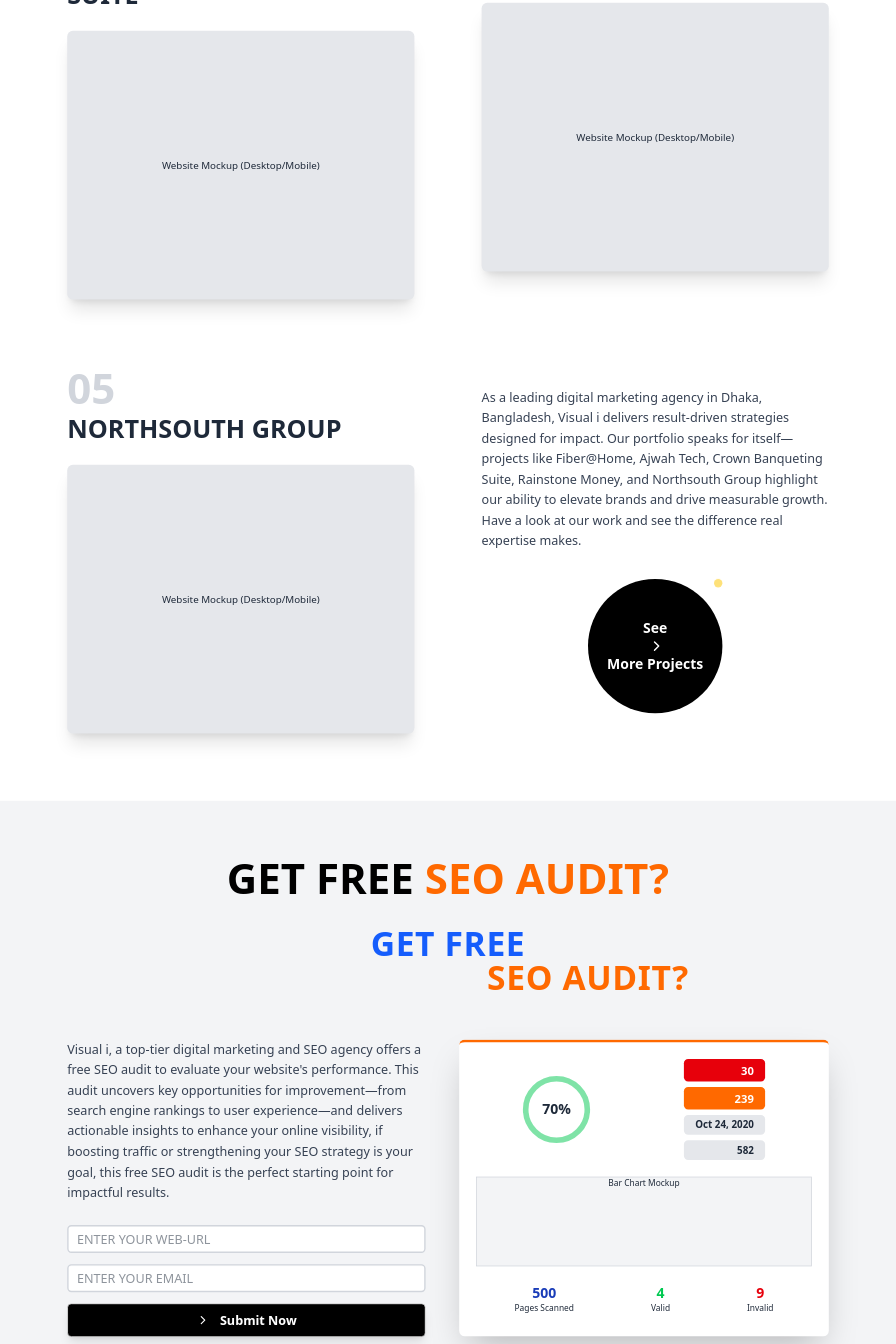
Repository: mdmuhibullahhabib/weboria
Page: /
These files come from the project's save history. The page is drawn as it stood at one moment and after a run of saves; the edit follows.
The browser window is 1280 px wide. The pictures show the part of the page from y = 4580 to 6500 px (the page is 9358 px tall before and 9382 px after), at 70% of full size.
The project was rebuilt for these pictures with package versions that can differ from the ones it lists, and the page was loaded fresh each time. Some packages were replaced by stand-ins written for this rebuild. The framework's server and built-in components were replaced by stand-ins that run in the browser. Also part of the build but not shown: next.config.mjs.

Above is the page before, as saved 2025-10-03 11:31:09.

### src/app/layout.js
import { Geist, Geist_Mono } from "next/font/google";
import "./globals.css";
import Navbar from "@/components/Navbar";
import Footer from "@/components/Footer";
import { Toaster } from "react-hot-toast";

const geistSans = Geist({
  variable: "--font-geist-sans",
  subsets: ["latin"],
});

const geistMono = Geist_Mono({
  variable: "--font-geist-mono",
  subsets: ["latin"],
});

export const metadata = {
  title: "Weboria",
  description: "Digital Marketing Agency",
  icons: "/favicon.ico",
};

export default function RootLayout({ children }) {
  return (
    <html lang="en">
      <body
        className={`${geistSans.variable} ${geistMono.variable} antialiased`}
      >

        <Navbar />
        <Toaster />
        {children}
        <Footer />
      </body>
    </html>
  );
}

### src/components/Navbar.jsx
"use client";
import { useState } from "react";
import Link from "next/link";
import { usePathname } from "next/navigation";
import { Menu, X } from "lucide-react";

export default function Navbar() {
  const [isOpen, setIsOpen] = useState(false);
  const pathname = usePathname();

  const navigation = [
    { name: "Home", href: "/" },
    { name: "About", href: "/about" },
    { name: "Services", href: "/services" },
    { name: "Portfolio", href: "/portfolio" },
    { name: "Contact", href: "/contact" },
  ];

  const isActive = (href) => {
    if (href === "/" && pathname === "/") return true;
    if (href !== "/" && pathname.startsWith(href)) return true;
    return false;
  };

  return (
    <nav className="sticky top-0 z-50 bg-base-100/95 backdrop-blur-md border-b shadow-sm">
      <div className="max-w-7xl mx-auto px-4 sm:px-6 lg:px-8">
        <div className="flex justify-between items-center h-16">
          {/* Logo */}
          <Link href="/" data-testid="link-home">
            <h1 className="text-2xl font-bold text-primary">Weboria</h1>
          </Link>

          {/* Desktop Navigation */}
          <div className="hidden md:flex space-x-4 items-center">
            {navigation.map((item) => (
              <Link key={item.name} href={item.href} data-testid={`link-${item.name.toLowerCase()}`}>
                <span
                  className={`px-3 py-2 rounded-md text-sm font-medium transition-colors ${
                    isActive(item.href)
                      ? "bg-primary text-primary-content"
                      : "text-base-content hover:text-primary"
                  }`}
                >
                  {item.name}
                </span>
              </Link>
            ))}

            {/* CTA Button */}
            <Link href="/contact">
              <button className="btn btn-sm btn-primary ml-4">Get Started</button>
            </Link>
          </div>

          {/* Mobile menu button */}
          <div className="md:hidden">
            <button
              className="btn btn-ghost btn-square"
              onClick={() => setIsOpen(!isOpen)}
              data-testid="button-mobile-menu"
            >
              {isOpen ? <X className="w-6 h-6" /> : <Menu className="w-6 h-6" />}
            </button>
          </div>
        </div>

        {/* Mobile Navigation */}
        {isOpen && (
          <div className="md:hidden mt-2 border-t">
            <div className="flex flex-col space-y-1 px-2 py-3">
              {navigation.map((item) => (
                <Link key={item.name} href={item.href} data-testid={`link-mobile-${item.name.toLowerCase()}`}>
                  <span
                    className={`block px-3 py-2 rounded-md text-base font-medium transition-colors ${
                      isActive(item.href)
                        ? "bg-primary text-primary-content"
                        : "text-base-content hover:text-primary"
                    }`}
                    onClick={() => setIsOpen(false)}
                  >
                    {item.name}
                  </span>
                </Link>
              ))}

              {/* Mobile CTA Button */}
              <Link href="/contact">
                <button
                  className="btn btn-primary w-full mt-2"
                  data-testid="button-mobile-get-started"
                  onClick={() => setIsOpen(false)}
                >
                  Get Started
                </button>
              </Link>
            </div>
          </div>
        )}
      </div>
    </nav>
  );
}

### src/components/Footer.jsx
"use client";

import Link from "next/link";
import {
  Facebook,
  Twitter,
  Linkedin,
  Instagram,
  Mail,
  Phone,
  MapPin,
} from "lucide-react";

export default function Footer() {
  // ✅ CTA function in plain JS
  const handleNewsletterSubmit = (e) => {
    e.preventDefault();
    const formData = new FormData(e.target);
    const email = formData.get("email");
    console.log("Newsletter signup:", email);
    e.target.reset();
  };

  const quickLinks = [
    { name: "Home", href: "/" },
    { name: "About", href: "/about" },
    { name: "Services", href: "/services" },
    { name: "Portfolio", href: "/portfolio" },
    { name: "Contact", href: "/contact" },
  ];

  const services = [
    { name: "Web Development", href: "/services" },
    { name: "Mobile Apps", href: "/services" },
    { name: "Digital Marketing", href: "/services" },
    { name: "SEO Services", href: "/services" },
  ];

  const socialLinks = [
    { Icon: Facebook, href: "#", label: "Facebook" },
    { Icon: Twitter, href: "#", label: "Twitter" },
    { Icon: Linkedin, href: "#", label: "LinkedIn" },
    { Icon: Instagram, href: "#", label: "Instagram" },
  ];

  return (
    <footer className="bg-base-200 border-t">
      <div className="max-w-7xl mx-auto px-4 sm:px-6 lg:px-8 py-16">
        {/* Main Footer Content */}
        <div className="grid grid-cols-1 md:grid-cols-2 lg:grid-cols-4 gap-8">
          {/* Company Info */}
          <div className="space-y-4">
            <h3 className="text-2xl font-bold text-primary">Weboria</h3>
            <p className="text-base-content/70 leading-relaxed">
              Transforming businesses through innovative digital solutions.
              We create experiences that inspire, engage, and convert.
            </p>

            {/* Contact Info */}
            <div className="space-y-2 text-base-content/70">
              <div className="flex items-center">
                <Mail className="w-4 h-4 mr-2" />
                <span className="text-sm">hello@weboria.com</span>
              </div>
              <div className="flex items-center">
                <Phone className="w-4 h-4 mr-2" />
                <span className="text-sm">+1 (555) 123-4567</span>
              </div>
              <div className="flex items-center">
                <MapPin className="w-4 h-4 mr-2" />
                <span className="text-sm">San Francisco, CA</span>
              </div>
            </div>
          </div>

          {/* Quick Links */}
          <div>
            <h4 className="text-lg font-semibold mb-4">Quick Links</h4>
            <ul className="space-y-2">
              {quickLinks.map((link) => (
                <li key={link.name}>
                  <Link href={link.href}>
                    <span className="text-base-content/70 hover:text-primary transition-colors">
                      {link.name}
                    </span>
                  </Link>
                </li>
              ))}
            </ul>
          </div>

          {/* Services */}
          <div>
            <h4 className="text-lg font-semibold mb-4">Services</h4>
            <ul className="space-y-2">
              {services.map((service) => (
                <li key={service.name}>
                  <Link href={service.href}>
                    <span className="text-base-content/70 hover:text-primary transition-colors">
                      {service.name}
                    </span>
                  </Link>
                </li>
              ))}
            </ul>
          </div>

          {/* Newsletter */}
          <div>
            <h4 className="text-lg font-semibold mb-4">Stay Updated</h4>
            <p className="text-base-content/70 text-sm mb-4">
              Get the latest insights and updates on digital trends.
            </p>
            <form onSubmit={handleNewsletterSubmit} className="space-y-2">
              <input
                type="email"
                name="email"
                placeholder="Enter your email"
                className="input input-bordered w-full"
                required
              />
              <button type="submit" className="btn btn-primary w-full">
                Subscribe
              </button>
            </form>
          </div>
        </div>

        {/* Social Links & Copyright */}
        <div className="border-t mt-12 pt-8">
          <div className="flex flex-col md:flex-row justify-between items-center space-y-4 md:space-y-0">
            {/* Social Links */}
            <div className="flex space-x-4">
              {socialLinks.map(({ Icon, href, label }) => (
                <a
                  key={label}
                  href={href}
                  target="_blank"
                  rel="noopener noreferrer"
                  className="btn btn-circle btn-ghost"
                  aria-label={label}
                >
                  <Icon className="w-5 h-5" />
                </a>
              ))}
            </div>

            {/* Copyright */}
            <div className="text-center md:text-right">
              <p className="text-base-content/70 text-sm">
                © 2024 Weboria. All rights reserved.
              </p>
            </div>
          </div>
        </div>
      </div>
    </footer>
  );
}

### src/app/Home/components/Marquee.jsx
"use client"
import React from 'react';

// Using the Diamond icon for the separator, which closely matches the image.
const DiamondSeparator = () => (
    <span
      className="inline-block text-gray-300 text-3xl sm:text-4xl md:text-5xl lg:text-6xl mx-8 align-middle"
      style={{ transform: 'rotate(45deg)', opacity: 0.7 }}
    >
      &#9670; {/* Unicode for a diamond */}
    </span>
);

const Marquee = () => {
  // Repeating a list of services/keywords
  const marqueeText = [
    "DIGITAL MARKETING",
    "SEO",
    "GRAPHIC DESIGN",
    "WEB DEVELOPMENT",
    "CYBER SECURITY",
    "PR"
  ];

  // Duplicate the content to ensure seamless loop
  const fullMarqueeContent = [...marqueeText, ...marqueeText];

  return (
    <div className="relative w-full overflow-hidden bg-white py-6 sm:py-8 border-y border-gray-100">
      {/* This div is set to animate using the custom CSS keyframes defined below.
        It needs to be wider than its parent to scroll.
      */}
      <div className="animate-marquee whitespace-nowrap inline-block">
        {fullMarqueeContent.map((text, index) => (
          <React.Fragment key={index}>
            <span
              className="inline-block text-3xl sm:text-4xl md:text-5xl lg:text-6xl font-extrabold font-sans tracking-wide mx-4 uppercase"
              style={{
                  // Custom styling for the outlined/hollow text effect
                  WebkitTextStroke: '2px #333', // Dark outline
                  WebkitTextFillColor: 'transparent', // Transparent fill
                  color: 'transparent', // Fallback for standard browsers
                  fontFamily: 'Oswald, sans-serif' // Suggesting a suitable bold font style
              }}
            >
              {text}
            </span>
            {/* Add separator between all elements */}
            {index < fullMarqueeContent.length - 1 && (
                <DiamondSeparator />
            )}
          </React.Fragment>
        ))}
      </div>

      {/* Global CSS for the Marquee Animation */}
      {/* Note: In a real Next.js app, this should often go into a global CSS file,
          but for single-file component generation, we use a style tag. */}
      <style jsx global>{`
        @keyframes marquee {
          0% { transform: translateX(0%); }
          100% { transform: translateX(-50%); } /* Scrolls through one full set of content */
        }
        .animate-marquee {
          animation: marquee 35s linear infinite; /* Adjust duration to control speed */
          display: inline-block;
          will-change: transform; /* Performance optimization */
        }
      `}</style>
    </div>
  );
};

export default Marquee;

### src/components/Service.jsx
"use client"
import React from "react";
import { Rocket, Lightbulb, Monitor, Check, PhoneCall, Zap } from "lucide-react";

const Service = () => {
    // Mock data for the service cards
    const serviceData = [
        {
            title: "DIGITAL MARKETING & SEO SOLUTIONS",
            icon: Rocket,
            iconColor: "text-red-500",
            image: "https://placehold.co/400x300/e0f2ff/0071c2?text=SEO+Rocket",
            expertise: [
                "Increase Website Traffic",
                "Rank Higher on Google",
                "Generate More Leads & Sales",
                "Optimize Content Strategy",
            ],
        },
        {
            title: "ENTERPRISE SOLUTIONS",
            icon: Lightbulb,
            iconColor: "text-yellow-500",
            image: "https://placehold.co/400x300/fffbeb/d97706?text=Enterprise+Idea",
            expertise: ["Optimize Operations", "Boost Productivity", "Scale Securely", "Grow Smart"],
        },
        {
            title: "WEBSITE DEVELOPMENT SERVICES",
            icon: Monitor,
            iconColor: "text-blue-500",
            image: "https://placehold.co/400x300/f3e8ff/7c3aed?text=Web+Monitor",
            expertise: [
                "Website Design and Development",
                "Web Application Development",
                "Custom CMS",
                "E-commerce Platforms",
            ],
        },
    ];

    return (
        <div className="font-sans bg-gray-50 min-h-screen">
            {/* Hero Section */}
            <section className="container mx-auto px-4 py-16 lg:py-24 flex flex-col lg:flex-row items-center lg:space-x-12">
                {/* Left Column */}
                <div className="lg:w-1/2 mb-10 lg:mb-0 relative p-4 md:p-8 bg-white shadow-2xl rounded-3xl">
                    <img
                        src="https://placehold.co/600x400/1e3a8a/ffffff?text=Team+Meeting"
                        alt="Empowering Your Digital Presence"
                        className="w-full h-auto rounded-xl object-cover"
                    />
                    <div className="absolute -bottom-8 left-1/2 transform -translate-x-1/2 bg-white p-4 shadow-xl rounded-xl border border-gray-100 w-11/12 text-center lg:static lg:transform-none lg:mt-6 lg:p-0 lg:border-none">
                        <h1 className="text-5xl md:text-7xl font-extrabold leading-tight text-transparent bg-clip-text bg-gradient-to-r from-blue-600 to-indigo-700">
                            EMPOWERING
                        </h1>
                        <p className="text-3xl md:text-5xl font-semibold text-yellow-500 mt-2">YOUR DIGITAL</p>
                        <h2 className="text-5xl md:text-7xl font-extrabold leading-tight text-white bg-gray-900 rounded-lg inline-block mt-2 p-2">
                            PRESENCE
                        </h2>
                    </div>
                </div>

                {/* Right Column */}
                <div className="lg:w-1/2 pt-16 lg:pt-0 text-gray-700 space-y-4">
                    <p>
                        <span className="font-bold text-blue-600">Visual i</span> is an international digital marketing agency with a head office in the UK and a country office in Banani, Dhaka, Bangladesh. We specialize in SEO, social media marketing, Google Ads, PR, graphic design, cyber security, web development, and more.
                    </p>
                    <p>
                        Whether you need to boost online visibility, drive targeted traffic, or increase customer engagement, we craft bespoke strategies to make your brand shine. Join us and take your business to new heights!
                    </p>
                    <button className="flex items-center mt-6 px-8 py-3 bg-blue-600 text-white font-semibold rounded-full shadow-lg hover:bg-blue-700 transition">
                        <PhoneCall className="h-5 w-5 mr-2" />
                        Contact Us
                    </button>
                </div>
            </section>

            {/* Services Section */}
            <section className="container mx-auto px-4 py-16 lg:py-24">
                <header className="text-center mb-12">
                    <div className="mb-12">
                        <div className="flex justify-center items-center mb-4">
                            <div className="w-10 h-10 border-4 border-gray-400 rounded-full flex items-center justify-center mr-2">
                                <Zap size={20} className="text-gray-700" />
                            </div>
                            <p className="text-xl font-semibold uppercase text-gray-700">Visual i Provides</p>
                        </div>
                        <h2 className="text-5xl md:text-6xl font-extrabold text-black">
                            360° <span className='text-orange-500'>DIGITAL SOLUTIONS</span>
                        </h2>
                    </div>
                </header>

                <div className="grid grid-cols-1 md:grid-cols-2 lg:grid-cols-3 gap-8">
                    {serviceData.map((service, index) => (
                        <div
                            key={index}
                            className="shadow-xl bg-white rounded-2xl overflow-hidden transition-transform hover:scale-105 duration-300 border-t-4 border-blue-600"
                        >
                            <figure className="h-48 relative bg-gray-100">
                                <img
                                    src={service.image}
                                    alt={service.title}
                                    className="w-full h-full object-cover"
                                    onError={(e) => {
                                        e.target.onerror = null;
                                        e.target.src = "https://placehold.co/400x300/cccccc/333333?text=Visuals";
                                    }}
                                />
                                <div className="absolute top-4 left-4 flex items-center">
                                    <service.icon className={`h-8 w-8 ${service.iconColor}`} />
                                    <span className="text-sm font-semibold ml-2 text-gray-700">WebOria</span>
                                </div>
                            </figure>
                            <div className="p-6">
                                <h2 className="text-xl font-bold mb-3 text-gray-800">{service.title}</h2>
                                <div className={`text-sm font-semibold mb-2 ${service.iconColor}`}>OUR EXPERTISE:</div>
                                <ul className="space-y-2">
                                    {service.expertise.map((item, i) => (
                                        <li key={i} className="flex items-start text-gray-600 text-sm">
                                            <Check className="h-4 w-4 text-green-500 mt-1 flex-shrink-0" />
                                            <span className="ml-2">{item}</span>
                                        </li>
                                    ))}
                                </ul>
                            </div>
                        </div>
                    ))}
                </div>
            </section>
        </div>
    );
};

export default Service;

### src/app/Home/components/ScrollingLogos.jsx
"use client"
import React from "react";

const logos = [
    { name: "Pico", color: "text-blue-700", size: "text-3xl", weight: "font-extrabold" },
    { name: "frontpose", color: "text-gray-700", size: "text-3xl", weight: "font-extrabold" },
    { name: "NORTH SOUTH GROUP", color: "text-green-700", size: "text-xl", weight: "font-bold" },
    { name: "PAYLAKES", color: "text-yellow-500", size: "text-3xl", weight: "font-extrabold" },
    { name: "RAINSTONE MONEY", color: "text-gray-700", size: "text-xl", weight: "font-bold" },
    { name: "TSG Accountants", color: "text-gray-700", size: "text-xl", weight: "font-bold" },
];

const ScrollingLogos = () => {
    return (
        <section className="py-6 px-4 lg:px-20 overflow-hidden">
            <div className="border-t border-b border-gray-200 py-10">
                <div className="flex animate-marquee space-x-2">
                    {/** Repeat logos twice for seamless scroll */}
                    {[...logos, ...logos].map((logo, index) => (
                        <div key={index} className="flex-shrink-0 w-1/3 md:w-1/6 p-1">
                            <p className={`${logo.size} ${logo.weight} ${logo.color} text-center`}>
                                {logo.name.includes(" ") ? logo.name.split(" ")[0] : logo.name}
                                {logo.name.includes(" ") && <span className="font-light"> {logo.name.split(" ").slice(1).join(" ")}</span>}
                            </p>
                        </div>
                    ))}
                </div>
            </div>

            <style jsx>{`
        @keyframes marquee {
          0% { transform: translateX(0%); }
          100% { transform: translateX(-50%); }
        }
        .animate-marquee {
          display: flex;
          width: max-content;
          animation: marquee 30s linear infinite;
        }
      `}</style>
        </section>
    );
};

export default ScrollingLogos;

### src/components/SectionTitle.jsx
"use client";

export default function SectionTitle({ titleTop, titleBottom }) {
  return (
    <div className="text-center my-10 px-4">
      <div className="text-5xl md:text-3xl lg:text-4xl font-bold tracking-wide leading-snug">
        {/* <span className="text-blue-600">{titleTop}</span> */}
        <h2 className="text-5xl font-extrabold text-blue-600 text-center">{titleTop}</h2>
        <h2 className='text-orange-500 font-semibold text-5xl ml-[400px]'> {titleBottom}</h2>
      </div>
    </div>
  );
}

        // <h2 className="text-5xl font-semibold text-black text-center">
        //   OUR FEATURED
        // </h2>
        // <h2 className='text-orange-500 text-5xl ml-[620px]'> PROJECTS</h2>

Loaded but not shown: src/app/globals.css (common file); src/app/page.js (278 lines, source omitted); src/components/AgencySections.jsx (175 lines, source omitted)

After the next 2 saves:
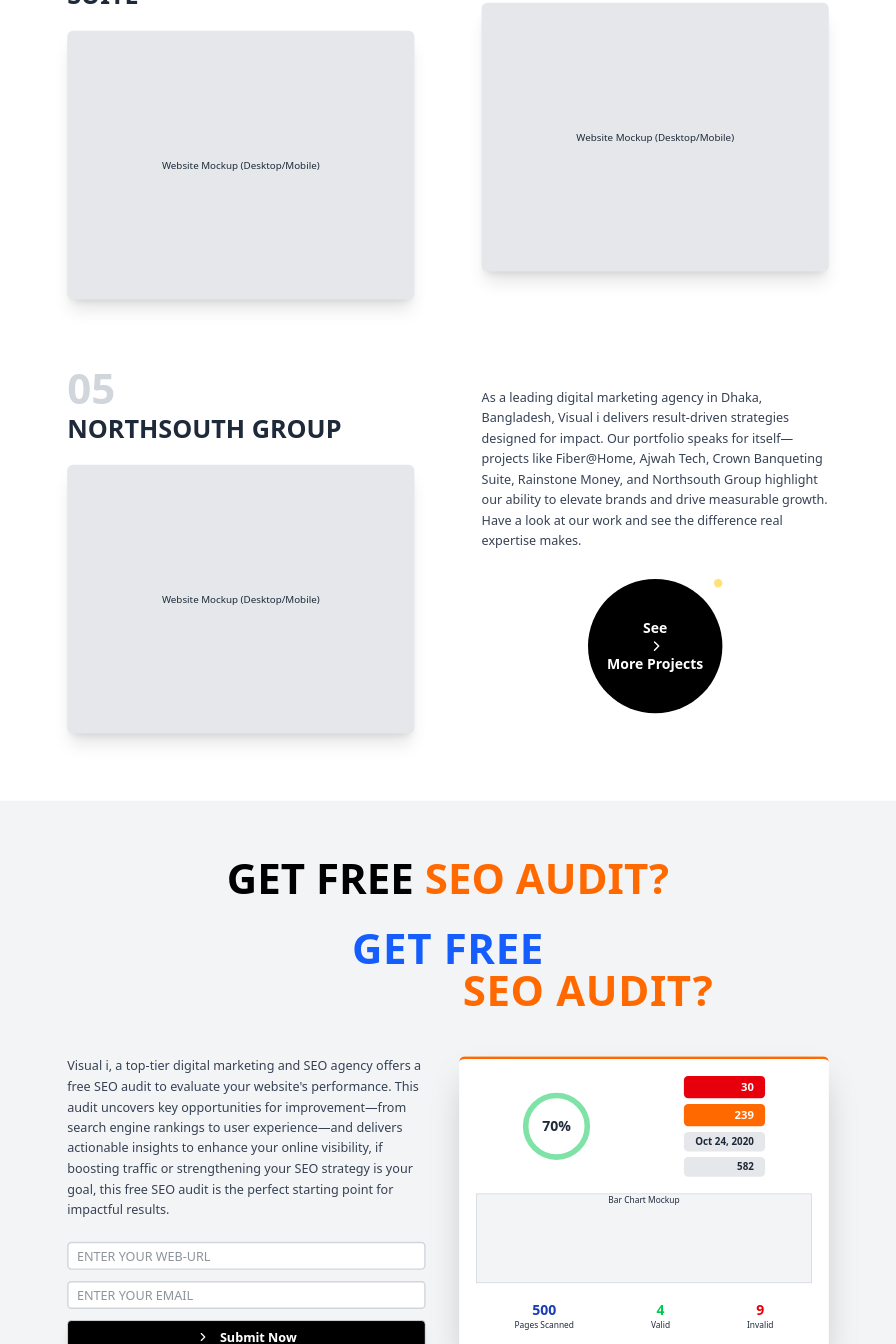
The 2 saves are shown as one change because they came seconds apart.
The last was saved 16 s later.
--- a/src/components/SectionTitle.jsx
+++ b/src/components/SectionTitle.jsx
@@ -5,8 +5,8 @@ export default function SectionTitle({ titleTop, titleBottom }) {
     <div className="text-center my-10 px-4">
       <div className="text-5xl md:text-3xl lg:text-4xl font-bold tracking-wide leading-snug">
         {/* <span className="text-blue-600">{titleTop}</span> */}
-        <h2 className="text-5xl font-extrabold text-blue-600 text-center">{titleTop}</h2>
-        <h2 className='text-orange-500 font-semibold text-5xl ml-[400px]'> {titleBottom}</h2>
+        <h2 className="text-6xl font-extrabold text-blue-600 text-center">{titleTop}</h2>
+        <h2 className='text-orange-500 font-semibold text-6xl ml-[400px]'> {titleBottom}</h2>
       </div>
     </div>
   );
